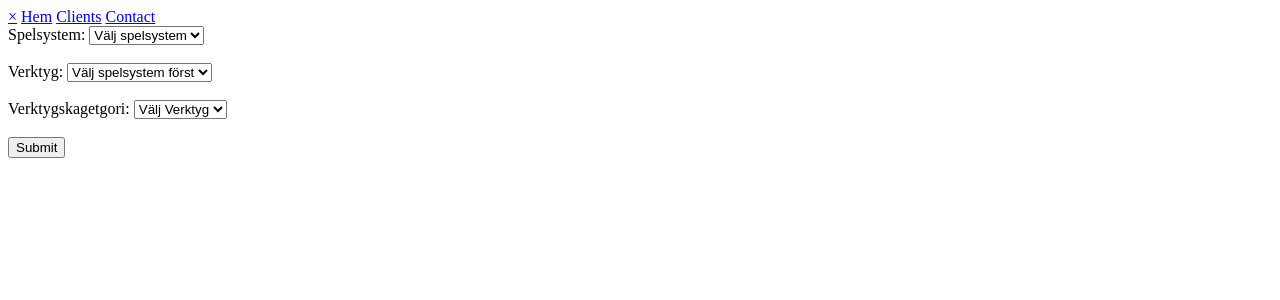
Repository: Lindmark/RPGHelper
Page: sidebar.html
An editor plug-in stored every save of this project. The page is shown before and after the next save, followed by the edit.
The browser window is 1280 px wide. The pictures show the whole page.

Above is the page before, as saved 2023-05-14 19:15:52.

### sidebar.html
<div class="sidenav" id="sideNav">
            <a href="javascript:void(0)" class="closebtn" onclick="closeNav()">×</a>
            <a href="#about">Hem</a>
            <a href="#services"></a>
            <a href="#clients">Clients</a>
            <a href="#contact">Contact</a>
            <form name="form1" id="form1" action="/action_page.php">
                Spelsystem: <select name="subject" id="Spelsystem">
                    <option value="" selected="selected">Välj spelsystem</option>
                  </select>
                  <br><br>
                Verktyg: <select name="topic" id="Verktyg">
                    <option value="" selected="selected">Välj spelsystem först</option>
                  </select>
                  <br><br>
                  Verktygskagetgori: <select name="topic" id="Verktygskategori">
                    <option value="" selected="selected">Välj Verktyg</option>
                  </select>
                  <br><br>
                  <input type="submit" value="Submit">
                </form>
          </div>

After the next save:
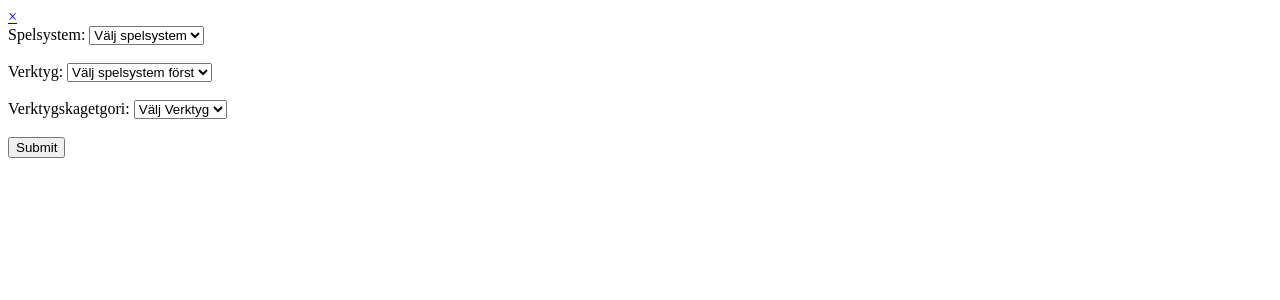
Saved 4 s later.
--- a/sidebar.html
+++ b/sidebar.html
@@ -1,12 +1,12 @@
 <div class="sidenav" id="sideNav">
             <a href="javascript:void(0)" class="closebtn" onclick="closeNav()">×</a>
-            <a href="#about">Hem</a>
-            <a href="#services"></a>
-            <a href="#clients">Clients</a>
-            <a href="#contact">Contact</a>
+
             <form name="form1" id="form1" action="/action_page.php">
                 Spelsystem: <select name="subject" id="Spelsystem">
                     <option value="" selected="selected">Välj spelsystem</option>
+                    <li id = "sSystem">
+
+                    </li>
                   </select>
                   <br><br>
                 Verktyg: <select name="topic" id="Verktyg">
